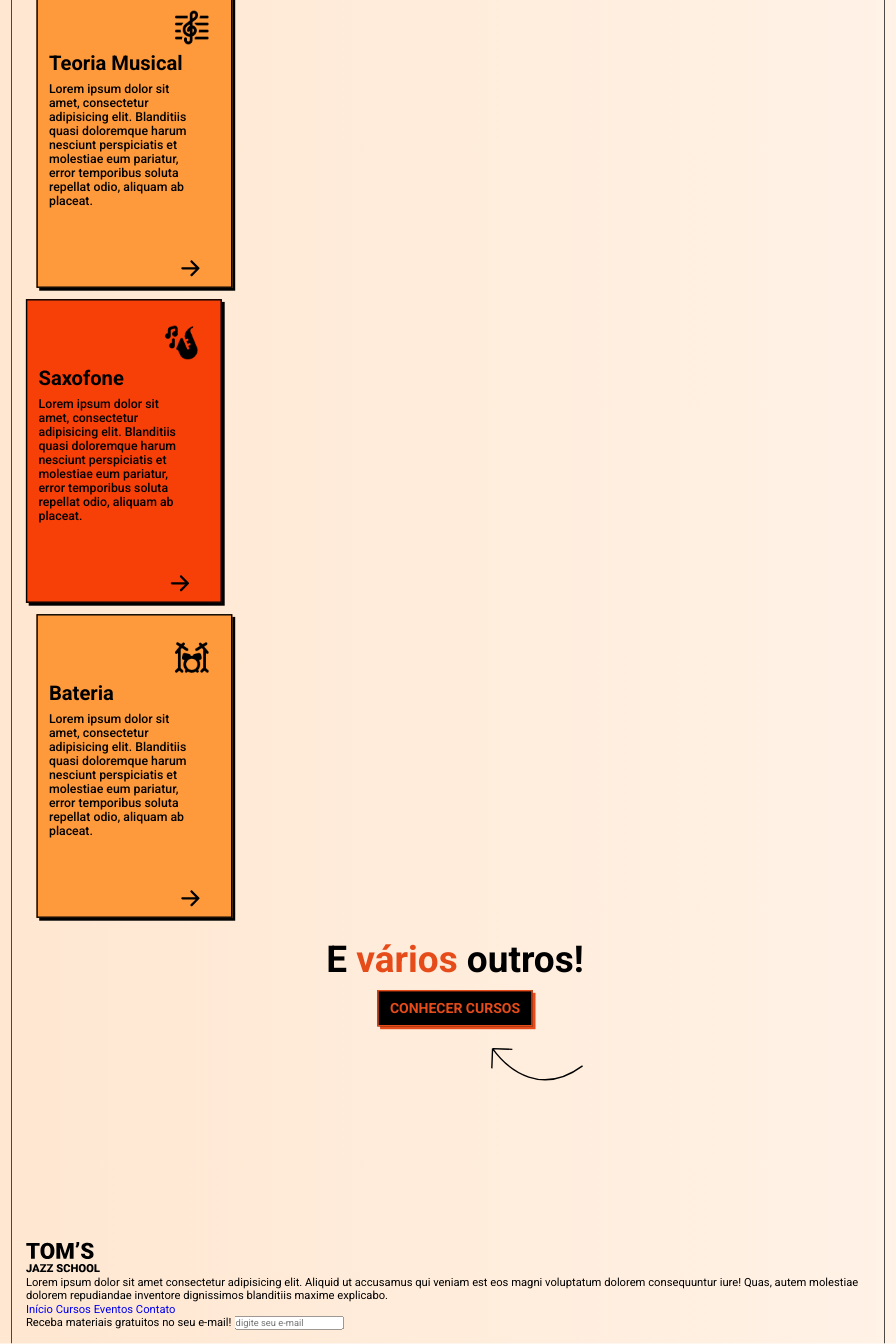
Repository: guilhermecardoso93/obebitecode
Page: index.html
These files come from the project's save history. The page is drawn as it stood at one moment and after the next save; the edit follows.
The browser window is 1280 px wide. The pictures show the part of the page from y = 1965 to 3885 px (the page is 3885 px tall before and 3880 px after), at 70% of full size.
The pointer rests on the first visible `.btn-courses`.

Above is the page before, as saved 2023-08-16 20:42:16.

After the next save:
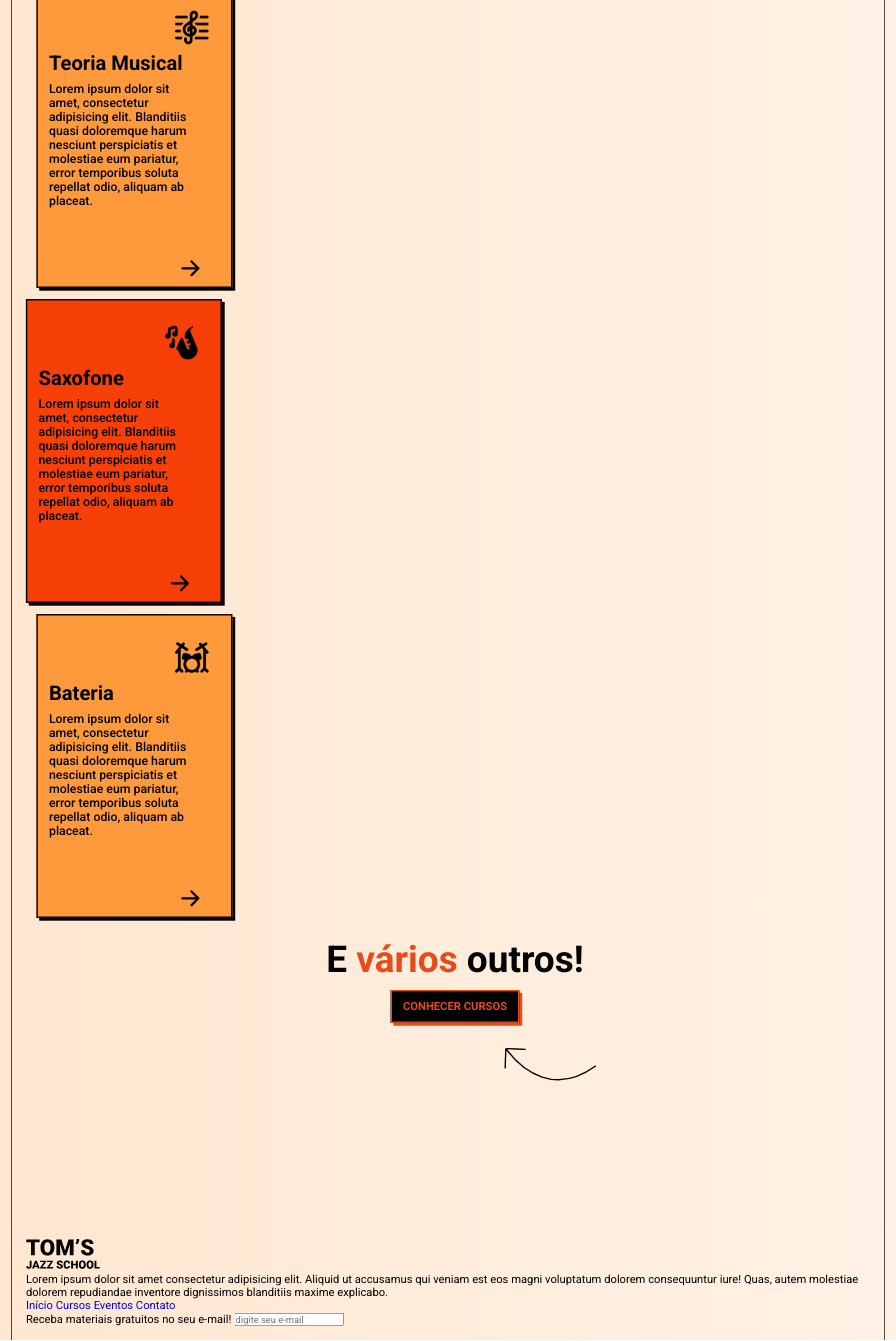
Saved 25 s later.
--- a/css/main.css
+++ b/css/main.css
@@ -118,3 +118,8 @@ h2 {
     max-width: 13rem;
     font-size: 1rem;
 }
+
+.btn-courses:hover {
+  max-width: 13rem;
+  font-size: 1rem;
+}
